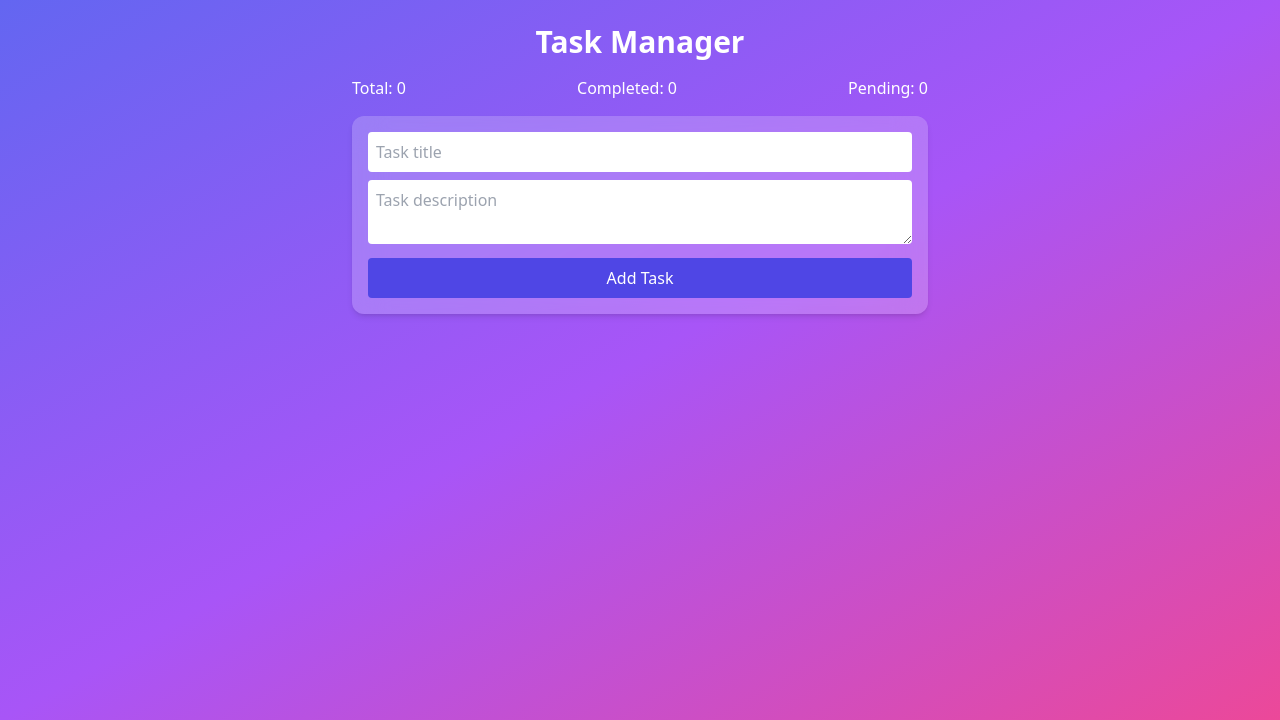
Repository: Meenakshi-commits/mern-task-manager
Page: / (app in client/)
The author's editor kept a copy of each file at every save. The page is drawn from the files as they stood at one save, then again after the next save.
The browser window is 1280 px wide. The pictures show the whole page.
The page's requests for data from a server got no answer. The project was rebuilt for these pictures with package versions that can differ from the ones it lists, and the page was loaded fresh each time. No one was signed in, and anything a server would have sent is missing. Also part of the build but not shown: client/vite.config.js, client/src/components/TaskItem.jsx.

Above is the page before, as saved 2026-01-09 17:28:00.

After the next save:
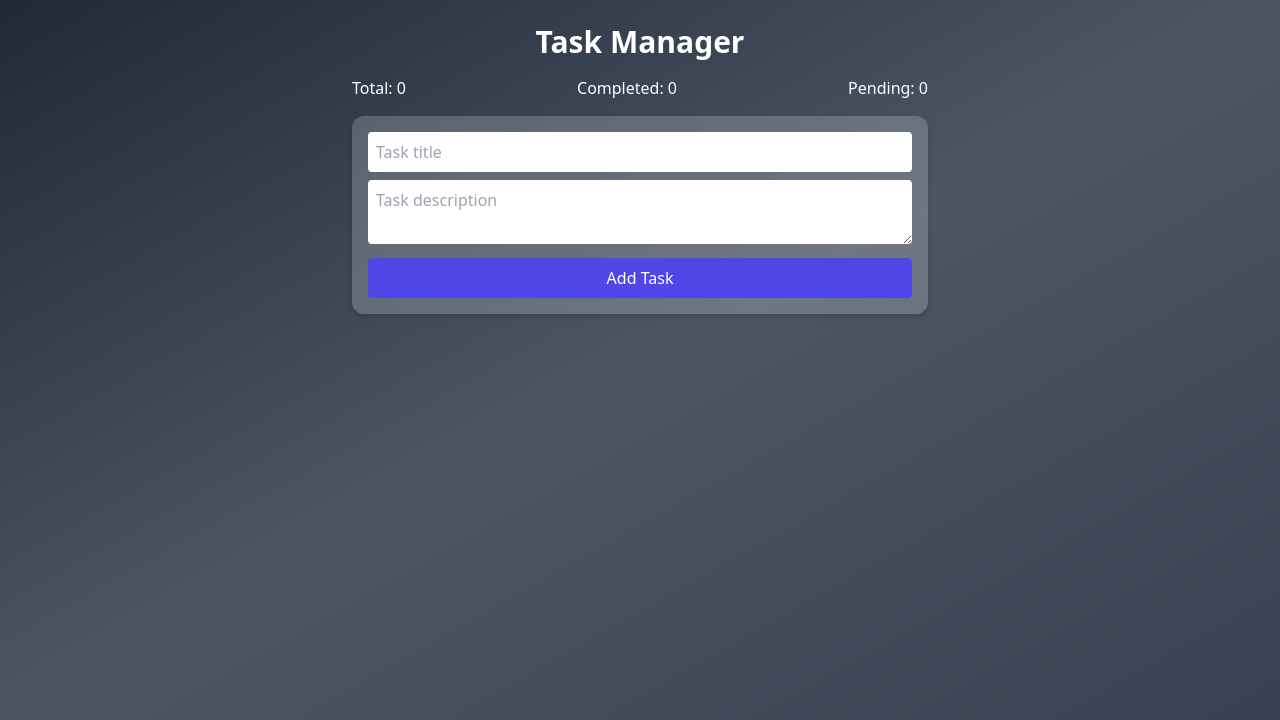
Saved 90 s later.
--- a/client/src/App.jsx
+++ b/client/src/App.jsx
@@ -19,7 +19,7 @@ export default function App() {
   const pending = tasks.length - completed;
 
   return (
-    <div className="min-h-screen bg-gradient-to-br from-indigo-500 via-purple-500 to-pink-500 p-6">
+    <div className="min-h-screen bg-gradient-to-br from-gray-800 via-gray-600 to-gray-700 p-6">
       <div className="max-w-xl mx-auto text-white">
         <h1 className="text-3xl font-bold text-center mb-4">
           Task Manager
